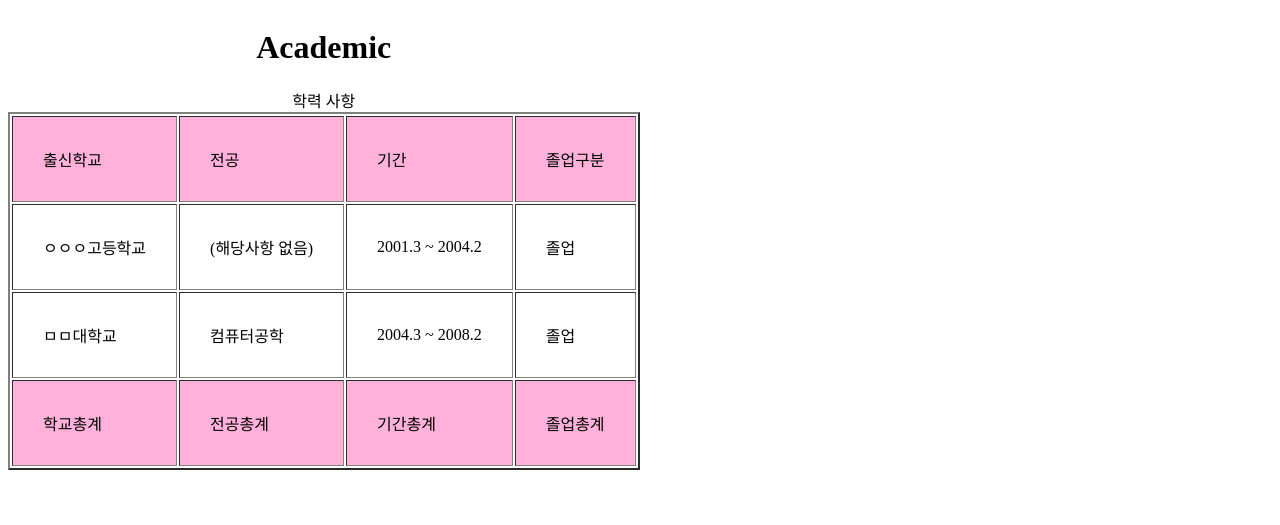
Repository: seulhwangbo/SeulJSP
Page: jspSrc17/webStandard01/src/main/webapp/02/Academic.html
These files come from the project's save history. The page is drawn as it stood at one moment and after the next save; the edit follows.
The browser window is 1280 px wide. The pictures show the whole page.

Above is the page before, as saved 2024-06-13 07:20:34.

After the next save:
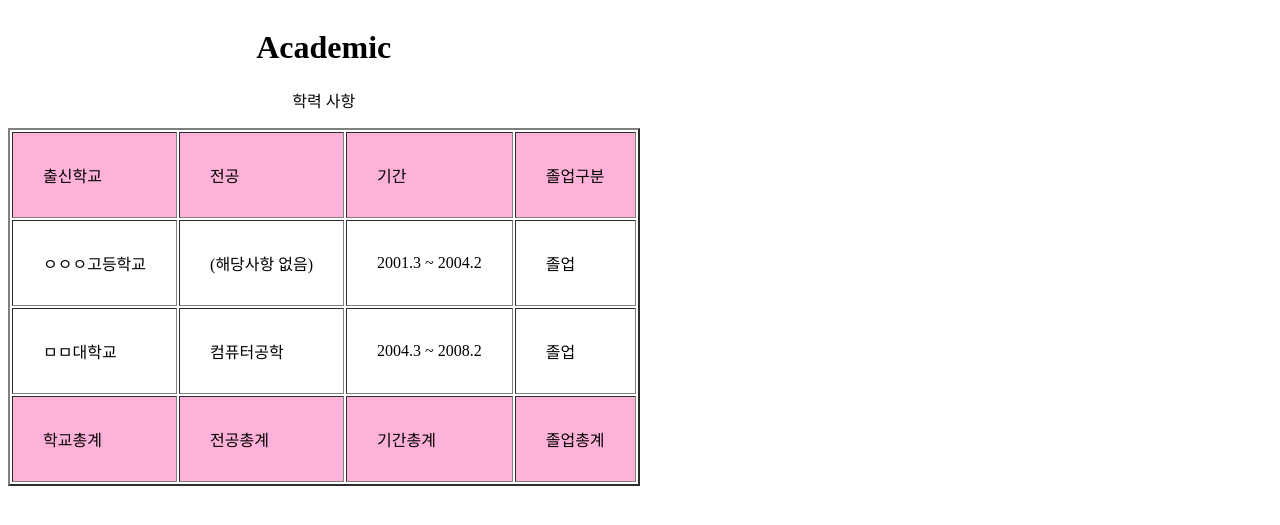
Saved 33 s later.
--- a/jspSrc17/webStandard01/src/main/webapp/02/Academic.html
+++ b/jspSrc17/webStandard01/src/main/webapp/02/Academic.html
@@ -17,7 +17,7 @@
 	<table border="2">
 		<caption>
 			<h1>Academic</h1>
-			학력 사항
+			<p>학력 사항</p>
 		</caption>
 
 		<thead>
